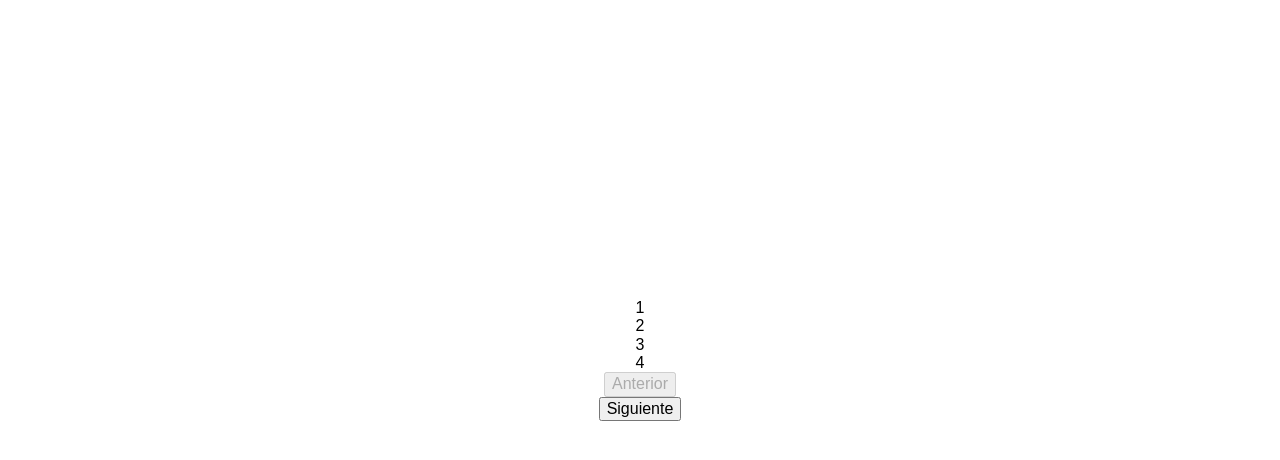
Repository: ElideZavala/Linea-de-tiempo
Page: index.html
An editor plug-in stored every save of this project. The page is shown before and after the next save, followed by the edit.
The browser window is 1280 px wide. The pictures show the whole page.
Some web fonts or font styles are not loaded; a fallback is used.

Above is the page before, as saved 2021-05-27 13:50:21.

### index.html
<!DOCTYPE html>
<html lang="en">
<head>
	<meta charset="UTF-8">
	<meta http-equiv="X-UA-Compatible" content="IE=edge">
	<meta name="viewport" content="width=device-width, initial-scale=1.0">
	<link rel="stylesheet" href="style.css">
	<link rel="stylesheet" href="normalize.css">
	<title>Pasos de progreso </title>
</head>
<body>
	<div class="container">
		<div class="progress-container" id="progress"></div>
		<div class="circle active">1</div>
		<div class="circle">2</div>
		<div class="circle">3</div>
		<div class="circle">4</div>
	</div>

	<button class="btn" id="prev" disabled>Anterior</button>
	<button class="btn" id="next">Siguiente</button>
	<script src="script.js"></script>
</body>
</html>

### style.css
/* @import url('https://fonts.googleapis.com/css2?family=Roboto:wght@400;700&display=swap'); */
@import url('https://fonts.googleapis.com/css?family=Muli&display=swap');


* {
	box-sizing: border-box;
}

body {
	font-family: 'Muli', sans-serif;
	display: flex;
	flex-direction: column;
	align-items: center;
	justify-content: center;
	height: 100vh;
	overflow: hidden;
	margin: 0;
}

.container {
	text-align: center;
}

.progress-container {
	display: flex;
	justify-content: space-between;
}

Loaded but not shown: normalize.css (library); script.js (common file)

After the next save:
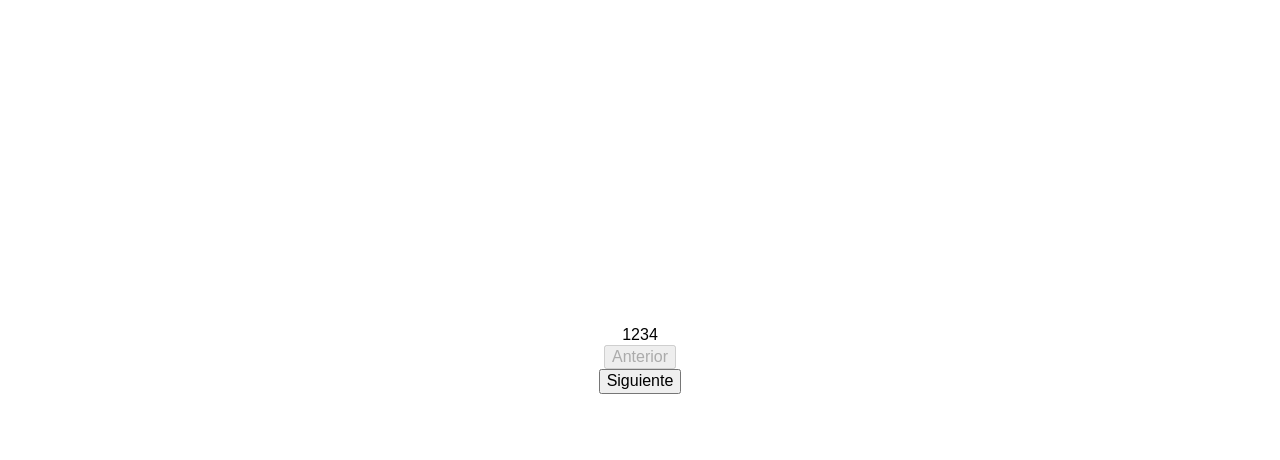
Saved 44 s later.
--- a/index.html
+++ b/index.html
@@ -10,11 +10,12 @@
 </head>
 <body>
 	<div class="container">
-		<div class="progress-container" id="progress"></div>
-		<div class="circle active">1</div>
-		<div class="circle">2</div>
-		<div class="circle">3</div>
-		<div class="circle">4</div>
+		<div class="progress-container" id="progress">
+			<div class="circle active">1</div>
+			<div class="circle">2</div>
+			<div class="circle">3</div>
+			<div class="circle">4</div>
+		</div>
 	</div>
 
 	<button class="btn" id="prev" disabled>Anterior</button>

After the save that followed:
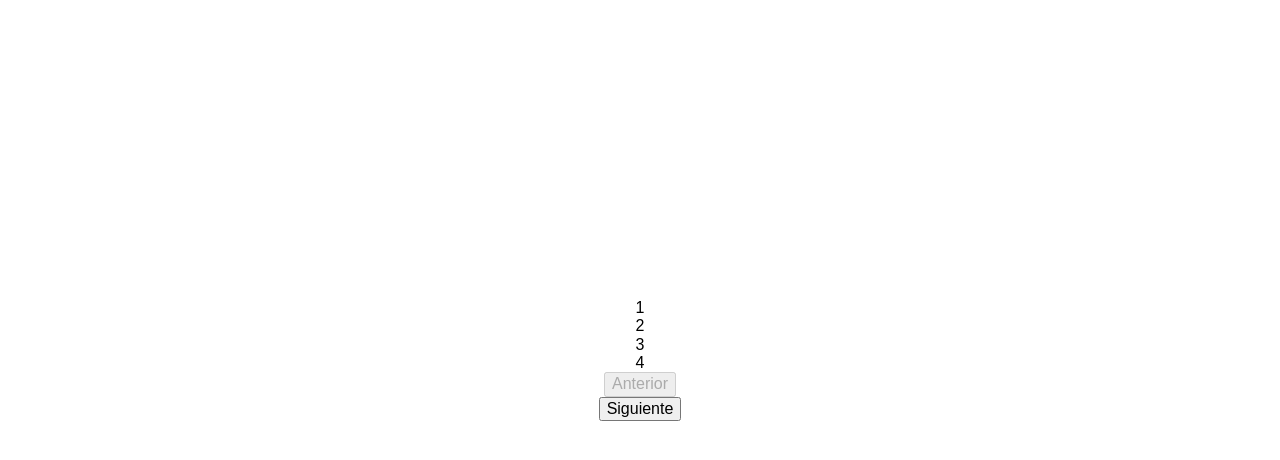
Saved 30 s later.
--- a/index.html
+++ b/index.html
@@ -10,12 +10,11 @@
 </head>
 <body>
 	<div class="container">
-		<div class="progress-container" id="progress">
-			<div class="circle active">1</div>
-			<div class="circle">2</div>
-			<div class="circle">3</div>
-			<div class="circle">4</div>
-		</div>
+		<div class="progress-container" id="progress"> </div>
+		<div class="circle active">1</div>
+		<div class="circle">2</div>
+		<div class="circle">3</div>
+		<div class="circle">4</div>
 	</div>
 
 	<button class="btn" id="prev" disabled>Anterior</button>
